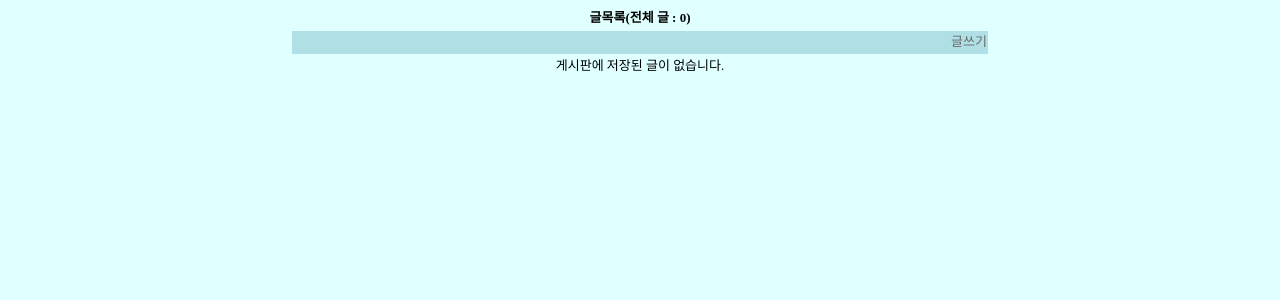
Repository: kr1124/jsp
Page: http://localhost/ServletProject/board/list.jsp
These files come from the project's save history. The page is drawn as it stood at one moment and after the next save; the edit follows.
The browser window is 1280 px wide. The pictures show the whole page.
The page is served by Tomcat 9. Other server files are loaded and not shown. Queries for data that is not in the repository find no rows.

Above is the page before, as saved 2024-12-12 03:06:01.

### ServletProject/src/main/webapp/board/list.jsp
<%@ page language="java" contentType="text/html; charset=UTF-8" pageEncoding="UTF-8"%>
<%@ page import="com.board.BoardDAO" %>
<%@ page import="com.board.BoardVO" %>
<%@ page import="java.util.*" %>
<%@ page import="java.text.SimpleDateFormat" %>
<%@ include file="view/color.jsp" %>
<% request.setCharacterEncoding("utf-8"); %>

<%!
	int pageSize = 5; //한 페이지 내에서 보여줄 레코드(게시글) 개수

	SimpleDateFormat sdf = new SimpleDateFormat("yyyy-MM-dd HH:mm");
%>
<%
	String pageNum = request.getParameter("pageNum");
	if(pageNum == null) {
		pageNum = "1";
	}
	int currentPage = Integer.parseInt(pageNum);

	int startRow = (currentPage - 1) * pageSize + 1;
	int endRow = currentPage * pageSize;

	int count = 0;
	int number = 0;
	List<BoardVO> articleList = null;
	BoardDAO dbPro = BoardDAO.getInstance();

	count = dbPro.getArticleCount();

	if(count > 0) {
		articleList = dbPro.getArticles(startRow, endRow);
	}
	number = count - (currentPage - 1) * pageSize;

%>

<!DOCTYPE html>
<html>
<head>
	<meta charset="UTF-8">
	<title></title>
	<link href="style.css" type="text/css" rel="stylesheet" >
</head>
<body bgcolor="<%=bodyback_c%>">
	<div align="center">
		<b>글목록(전체 글 : <%=count%>)</b>
		<table width="700">
			<tr>
				<td align="right" bgcolor="<%=value_c%>">
					<a href="writeForm.jsp">글쓰기</a>
				</td>
			</tr>
		</table>
	<%if(count == 0) { %>
		<table style="width: 700; border: 1;" cellpadding="0" cellspacing="0">
			<tr>
				<td align="center">
					게시판에 저장된 글이 없습니다.
				</td>
			</tr>
		</table>
	<%} else {%>
		<!-- <table style="width: 700; border: 1; align-items: center" cellpadding="0" cellspacing="0"> -->
		<table style="width: 700; align-items: center;" border="1"  cellpadding="0" cellspacing="0">
			<tr height="30" bgcolor="<%=value_c%>">
				<td align="center" width="50">번호</td>
				<td align="center" width="250">제목</td>
				<td align="center" width="100">작성자</td>
				<td align="center" width="150">작성일</td>
				<td align="center" width="50">조회수</td>
				<td align="center" width="100">IP</td>
			</tr>
			<%
			for(int i = 0; i < articleList.size(); i++) {
				BoardVO article = (BoardVO)articleList.get(i);
			%>
			<tr height="30">
				<td align="center" width="50"><%=number-- %></td>
				<td width="250">
				<%
				int wid = 0;
				if(article.getDepth() > 0) {
					wid = 5 * (article.getDepth());
				%>
					<img src="/img/level.gif" width="<%=wid%>" height="16">
					<img src="/img/re.gif" >
				<%} else { %>
					<img src="/img/level.gif" width="<%=wid%>" height="16">
				<%} %>
					<a href="content.jsp?num=<%=article.getNum()%>&pageNum=<%=currentPage%>">
						<%=article.getSubject() %>
					</a>
					<% if(article.getReadcount() >= 20) { %>
					<img src="img/hot.gif" border="0" height="16">
					<%} %>
				</td>
				<td align="center" width="100">
					<a href="mailto:<%=article.getEmail()%>">
						<%=article.getWriter() %>
					</a>
				</td>
				<td align="center" width="150">
					<%=sdf.format(article.getRegdate()) %>
				</td>
				<td align="center" width="50">
					<%=article.getReadcount() %>
				</td>
				<td align="center" width="100">
					<%=article.getIp() %>
				</td>
			</tr>

			<%}%>
		</table>
	<%} %>
	<%//페이지 블럭
	if(count > 0) {
		int pageBlock = 5; //밑에 나열할 페이지 숫자들의 개수 (6, 7, 8, 9, 10같은거)
		int imsi = count % pageSize == 0 ? 0 : 1;
		int pageCount = count / pageSize + imsi;

		//시작 페이지
		int startPage = (int)((currentPage - 1) / pageBlock) * pageBlock + 1;
		//마지막 페이지
		int endPage = startPage + pageBlock - 1;
		//마지막으로 보여줄 페이지
		if(endPage > pageCount) endPage = pageCount;
		//페이지 블럭을 이전과 다음으로 처리함
		if(startPage > pageBlock) {
		%>
			<a href="list.jsp?pageNum=<%=startPage - pageBlock%>">[이전]</a>
		<%}
		for(int i = startPage; i <= endPage; i++) {
		%>
			<a href="list.jsp?pageNum=<%=i%>">[<%=i%>]</a>
		<%
		}

		if(endPage < pageCount) {
		%>
			<a href="list.jsp?pageNum=<%=startPage + pageBlock%>">[다음]</a>

		<%} %>
	<%}	%>
		<!-- 검색창 -->
		<form action="list.jsp">

		</form>
	</div>
</body>
</html>

### ServletProject/src/main/webapp/board/view/color.jsp
<%@ page language="java" contentType="text/html; charset=UTF-8" pageEncoding="UTF-8"%>
<%
String bodyback_c = "#e0ffff";
String back_c = "#8fbc8f";
String title_c = "#5f9ea0";
String value_c = "#b0e0e6";
String bar = "#778899";
%>

### ServletProject/src/main/java/com/board/BoardDAO.java
package com.board;

import java.sql.*;
import javax.sql.*;
import javax.naming.*;
import java.util.*;


public class BoardDAO {
	private static BoardDAO instance = null;
	private BoardDAO() {}

	public static BoardDAO getInstance() {
		if(instance == null) {
			synchronized(BoardDAO.class) {
				instance = new BoardDAO();
			}
		}

		return instance;
	}

	//데이터베이스에 데이터 추가
	public void insertArticle(BoardVO article) {
		Connection con = null;
		PreparedStatement pstmt = null;
		ResultSet rs = null;

		int num = article.getNum();
		int ref = article.getRef();
		int step = article.getStep();
		int depth = article.getDepth();

		int number = 0;
		String sql = "";

		try {
			con = ConnUtil.getConnection();
			pstmt =  con.prepareStatement("select max(num) from board");
			rs = pstmt.executeQuery();

			if(rs.next()) {
				number = rs.getInt(1);
			} else {
				number = 1;
			}

			if(number != 0) {//답글일 경우
				sql = "update board set step=step+1 where ref=? and step > ?";
				pstmt = con.prepareStatement(sql);
				pstmt.setInt(1, ref);
				pstmt.setInt(2, step);
				pstmt.executeUpdate();
				step++;
				depth++;

			} else {//새글일 경우
				ref = number;
				step = 0;
				depth = 0;
			}
			//데이터 추가하는 쿼리문
			sql = "insert into board(num, writer, email, subject, pass, ref, step, depth, regdate, content, ip) "
					+ "values(board_seq.nextval, ?, ?, ?, ?, ?, ?, ?, ?, ?, ?)";

			pstmt = con.prepareStatement(sql);

			pstmt.setString(1, article.getWriter());
			pstmt.setString(2, article.getEmail());
			pstmt.setString(3, article.getSubject());
			pstmt.setString(4, article.getPass());
			//pstmt.setInt(5, 0);
			pstmt.setInt(5, ref);
			pstmt.setInt(6, step);
			pstmt.setInt(7, depth);
			pstmt.setTimestamp(8, article.getRegdate());
			pstmt.setString(9, article.getContent());
			pstmt.setString(10, article.getIp());
			pstmt.executeUpdate();

		} catch (Exception e) {
			e.printStackTrace();
		} finally {
			if(rs != null) {try {rs.close();} catch(SQLException e) {}}
			if(pstmt != null) {try {pstmt.close();} catch(SQLException e) {}}
			if(con != null) {try {con.close();} catch(SQLException e) {}}
		}
	}

	// 글 목록 화면 작성
	// 전체 글의 갯수를 가져올 메소드 구현
	public int getArticleCount() {
		Connection con = null;
		PreparedStatement pstmt = null;
		ResultSet rs = null;
		int x = 0;

		try {
			con = ConnUtil.getConnection();
			String sql = "select count(*) from board";
			pstmt =  con.prepareStatement(sql);

			rs = pstmt.executeQuery();

			if(rs.next()) {
				x = rs.getInt(1);
			}

		} catch (Exception e) {
			e.printStackTrace();
		} finally {
			if(rs != null) {try {rs.close();} catch(SQLException e) {}}
			if(pstmt != null) {try {pstmt.close();} catch(SQLException e) {}}
			if(con != null) {try {con.close();} catch(SQLException e) {}}
		}

		return x;
	}

	public List<BoardVO> getArticles(int start, int end) {
		Connection con = null;
		PreparedStatement pstmt = null;
		ResultSet rs = null;

		List<BoardVO> articleList = null;

		try {
			con = ConnUtil.getConnection();

			//String sql = "select * from board order by num desc"; //기존 쿼리문
			String sql = "select * from ("
					+ "select rownum rnum, num, writer, email, subject, "
					+ "pass, readcount, ref, step, depth, regdate, content, ip from ("
					+ "select * from board order by ref desc, step asc)) "
					+ "where rnum >= ? and rnum <= ?";
			pstmt = con.prepareStatement(sql);
			pstmt.setInt(1, start);
			pstmt.setInt(2, end);
			rs = pstmt.executeQuery();

			if(rs.next()) {
				articleList = new ArrayList<BoardVO>(end - start + 1);
				do {
					BoardVO article = new BoardVO();
					article.setNum(rs.getInt("num"));
					article.setWriter(rs.getString("writer"));
					article.setEmail(rs.getString("email"));
					article.setSubject(rs.getString("subject"));
					article.setPass(rs.getString("pass"));
					article.setRegdate(rs.getTimestamp("regdate"));
					article.setReadcount(rs.getInt("readcount"));
					article.setRef(rs.getInt("ref"));
					article.setStep(rs.getInt("step"));
					article.setDepth(rs.getInt("depth"));
					article.setContent(rs.getString("content"));
					article.setIp(rs.getString("ip"));

					articleList.add(article);
				} while(rs.next());
			}
		} catch (Exception e) {
			e.printStackTrace();
		} finally {
			if(rs != null) {try {rs.close();} catch(SQLException e) {}}
			if(pstmt != null) {try {pstmt.close();} catch(SQLException e) {}}
			if(con != null) {try {con.close();} catch(SQLException e) {}}
		}

		return articleList;
	}

	//글 제목을 클릭하면 글 내용을 볼 수 있는 작업을 한다.
	//글 번호를 매개변수로 해서 하나의 글에 대한 상세 정보를 데이터베이스에서 가져온다.
	public BoardVO getArticle(int num) {
		Connection con = null;
		PreparedStatement pstmt = null;
		ResultSet rs = null;
		BoardVO article = null;

		try {
			con = ConnUtil.getConnection();
			String sql1 = "update board set readcount=readcount+1 where num=?";
			pstmt = con.prepareStatement(sql1);
			pstmt.setInt(1, num);
			pstmt.executeUpdate();

			String sql2 = "select * from board where num=?";
			pstmt = con.prepareStatement(sql2);
			pstmt.setInt(1, num);
			rs = pstmt.executeQuery();
			if(rs.next()) {
				article = new BoardVO();
				article.setNum(rs.getInt("num"));
				article.setWriter(rs.getString("writer"));
				article.setEmail(rs.getString("email"));
				article.setSubject(rs.getString("subject"));
				article.setPass(rs.getString("pass"));
				article.setRegdate(rs.getTimestamp("regdate"));
				article.setReadcount(rs.getInt("readcount"));
				article.setRef(rs.getInt("ref"));
				article.setStep(rs.getInt("step"));
				article.setDepth(rs.getInt("depth"));
				article.setContent(rs.getString("content"));
				article.setIp(rs.getString("ip"));
			}
		} catch(SQLException se) {
			se.printStackTrace();
		} finally {
			if(rs!=null){try {rs.close();} catch(Exception e) {e.printStackTrace();}}
			if(pstmt!=null){try {pstmt.close();} catch(Exception e) {e.printStackTrace();}}
			if(con!=null){try {con.close();} catch(Exception e) {e.printStackTrace();}}
		}

		return article;
	}


	//글 수정 / 글 목록 보기와는 다르게 조회수를 증가 시킬 필요가 없음
	//따라서 num에 해당하는 글을 가져옴
	public BoardVO updateGetArticle(int num) {
		Connection con = null;
		PreparedStatement pstmt = null;
		ResultSet rs = null;
		BoardVO article = null;

		try {
			con = ConnUtil.getConnection();
			String sql = "select * from board where num=?";
			pstmt = con.prepareStatement(sql);
			pstmt.setInt(1, num);
			rs = pstmt.executeQuery();

			if(rs.next()) {
				article = new BoardVO();
				article.setNum(rs.getInt("num"));
				article.setWriter(rs.getString("writer"));
				article.setEmail(rs.getString("email"));
				article.setSubject(rs.getString("subject"));
				article.setPass(rs.getString("pass"));
				article.setRegdate(rs.getTimestamp("regdate"));
				article.setReadcount(rs.getInt("readcount"));
				article.setRef(rs.getInt("ref"));
				article.setStep(rs.getInt("step"));
				article.setDepth(rs.getInt("depth"));
				article.setContent(rs.getString("content"));
				article.setIp(rs.getString("ip"));
			}

		} catch (Exception e) {
			e.printStackTrace();
		} finally {
			if(rs != null) {try {rs.close();} catch(SQLException e) {}}
			if(pstmt != null) {try {pstmt.close();} catch(SQLException e) {}}
			if(con != null) {try {con.close();} catch(SQLException e) {}}
		}

		return article;
	}//end of updateGetArticle

	//글 수정 버튼을 클릭하면 실제 데이터베이스의 글이 수정되어야함.
	public int updateArticle(BoardVO article) {
		Connection con = null;
		PreparedStatement pstmt = null;
		ResultSet rs = null;
		int result = -1;

		try {
			con = ConnUtil.getConnection();
			String sql = "select pass from board where num=?";
			pstmt = con.prepareStatement(sql);
			pstmt.setInt(1, article.getNum());

			rs = pstmt.executeQuery();

			if(rs.next()) {
				String dbpasswd = rs.getString("pass");
				if(dbpasswd.equals(article.getPass())) {
					String sql2 = "update board set writer=?, email=?, subject=?, content=? where num=?";
					pstmt = con.prepareStatement(sql2);
					pstmt.setString(1, article.getWriter());
					pstmt.setString(2, article.getEmail());
					pstmt.setString(3, article.getSubject());
					pstmt.setString(4, article.getContent());
					pstmt.setInt(5, article.getNum());

					pstmt.executeUpdate();

					result = 1;
				} else {
					result = 0; //비밀번호 오류, 수정 실패
				}
			}

		} catch (Exception e) {
			e.printStackTrace();
		} finally {
			if(rs != null) {try {rs.close();} catch(SQLException e) {}}
			if(pstmt != null) {try {pstmt.close();} catch(SQLException e) {}}
			if(con != null) {try {con.close();} catch(SQLException e) {}}
		}

		return result;
	}

	//글 삭제 버튼을 클릭하면 삭제처리가 되어야한다.
	//비밀번호를 입력 받아 기존 비밀번호와 동일하면 삭제
	public int deleteArticle(int num, String pass) {
		Connection con = null;
		PreparedStatement pstmt = null;
		ResultSet rs = null;
		int result = -1; //번호에 해당하는 글이 존재하지 않는 경우, -1을 반환

		try {
			con = ConnUtil.getConnection();
			String sql1 = "select pass from board where num=?";

			pstmt = con.prepareStatement(sql1);
			pstmt.setInt(1, num);
			rs = pstmt.executeQuery();

			if(rs.next()) {
				String dbpasswd = rs.getString("pass");
				if(dbpasswd.equals(pass)) {
					String sql2 = "delete from board where num=?";

					pstmt = con.prepareStatement(sql2);
					pstmt.setInt(1, num);
					pstmt.executeUpdate();

					result = 1;
				} else {
					result = 0; //비밀번호 오류, 삭제 실패
				}
			}

		} catch (Exception e) {
			e.printStackTrace();
		} finally {
			if(rs != null) {try {rs.close();} catch(SQLException e) {}}
			if(pstmt != null) {try {pstmt.close();} catch(SQLException e) {}}
			if(con != null) {try {con.close();} catch(SQLException e) {}}
		}

		return result;
	}//deleteArticle

	//검색한 내용이 몇개인지를 반환함(what:검색조건, content: 검색내용)
	public int getArticleCount(String what, String content) {
		Connection con = null;
		PreparedStatement pstmt = null;
		ResultSet rs = null;
		int x = 0;

		try {
			con = ConnUtil.getConnection();
			//String sql = "select count(*) from board";
			String sql = "select count(*) from board where " + what + " like '%" + content + "%'";
			pstmt =  con.prepareStatement(sql);

			rs = pstmt.executeQuery();

			if(rs.next()) {
				x = rs.getInt(1);
			}

		} catch (Exception e) {
			e.printStackTrace();
		} finally {
			if(rs != null) {try {rs.close();} catch(SQLException e) {}}
			if(pstmt != null) {try {pstmt.close();} catch(SQLException e) {}}
			if(con != null) {try {con.close();} catch(SQLException e) {}}
		}

		return x;
	}//getArticleCount(String what, String content)

	//검색할 내용을 리스트로 받아옴
	public List<BoardVO> getArticles(String what, String content, int start, int end) {
		Connection con = null;
		PreparedStatement pstmt = null;
		ResultSet rs = null;

		List<BoardVO> articleList = null;

		try {
			con = ConnUtil.getConnection();

			//String sql = "select * from board order by num desc"; //기존 쿼리문
			String sql = "select * from ("
					+ "select rownum rnum, num, writer, email, subject, "
					+ "pass, readcount, ref, step, depth, regdate, content, ip from ("
					+ "select * from board where "
					+ what + " like '%" + content + "%' order by ref desc, step asc)) "
					+ "where rnum >= ? and rnum <= ?";


			pstmt = con.prepareStatement(sql);
			pstmt.setInt(1, start);
			pstmt.setInt(2, end);
			rs = pstmt.executeQuery();

			if(rs.next()) {
				articleList = new ArrayList<BoardVO>(end - start + 1);
				do {
					BoardVO article = new BoardVO();
					article.setNum(rs.getInt("num"));
					article.setWriter(rs.getString("writer"));
					article.setEmail(rs.getString("email"));
					article.setSubject(rs.getString("subject"));
					article.setPass(rs.getString("pass"));
					article.setRegdate(rs.getTimestamp("regdate"));
					article.setReadcount(rs.getInt("readcount"));
					article.setRef(rs.getInt("ref"));
					article.setStep(rs.getInt("step"));
					article.setDepth(rs.getInt("depth"));
					article.setContent(rs.getString("content"));
					article.setIp(rs.getString("ip"));

					articleList.add(article);
				} while(rs.next());
			}
		} catch (Exception e) {
			e.printStackTrace();
		} finally {
			if(rs != null) {try {rs.close();} catch(SQLException e) {}}
			if(pstmt != null) {try {pstmt.close();} catch(SQLException e) {}}
			if(con != null) {try {con.close();} catch(SQLException e) {}}
		}

		return articleList;
	}

}

### ServletProject/src/main/java/com/board/ConnUtil.java
package com.board;

import java.sql.*;
import javax.sql.*;
import javax.naming.*;

public class ConnUtil {
	private static DataSource ds;

	static {
		try {
			Context initContext = new InitialContext();
			Context envContext  = (Context)initContext.lookup("java:/comp/env");
			ds = (DataSource)envContext.lookup("jdbc/myOracle");
		} catch(NamingException ne) {
			ne.printStackTrace();
		}
	}

	public static Connection getConnection() throws SQLException {
		return ds.getConnection();
	}
}

### ServletProject/src/main/webapp/board/style.css
@charset "UTF-8";
body, table, tr, td, select, div, form {
	font-size : 13px;
	color: black;
	line-height: 160%;
	font-family: serif;
}

textarea, input {
	border-right: 1px solid #999999;
	border-top: 1px solid #999999;
	border-left: 1px solid #999999;
	border-bottom: 1px solid #999999;
	font-size: 9pt;
	color: black;
	background-color: white;
	font-family: serif;
}

a:link {
	text-decoration: none;
	color: #696969;
}
a:hover {
	text-decoration: yes;
	color: #66ccff;
}
a:visited {
	text-decoration: none;
	color: #330066;
}

After the next save:
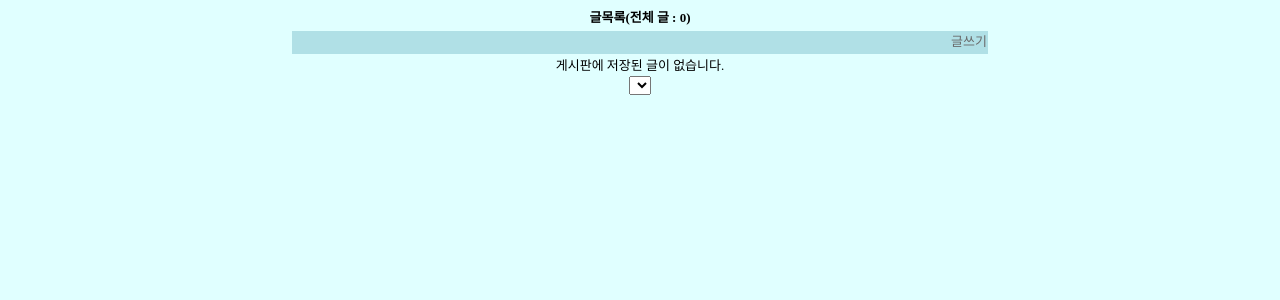
Saved 33 s later.
--- a/ServletProject/src/main/webapp/board/list.jsp
+++ b/ServletProject/src/main/webapp/board/list.jsp
@@ -145,7 +145,9 @@
 	<%}	%>
 		<!-- 검색창 -->
 		<form action="list.jsp">
+			<select name="searchWhat.jsp">
 
+			</select>
 		</form>
 	</div>
 </body>
